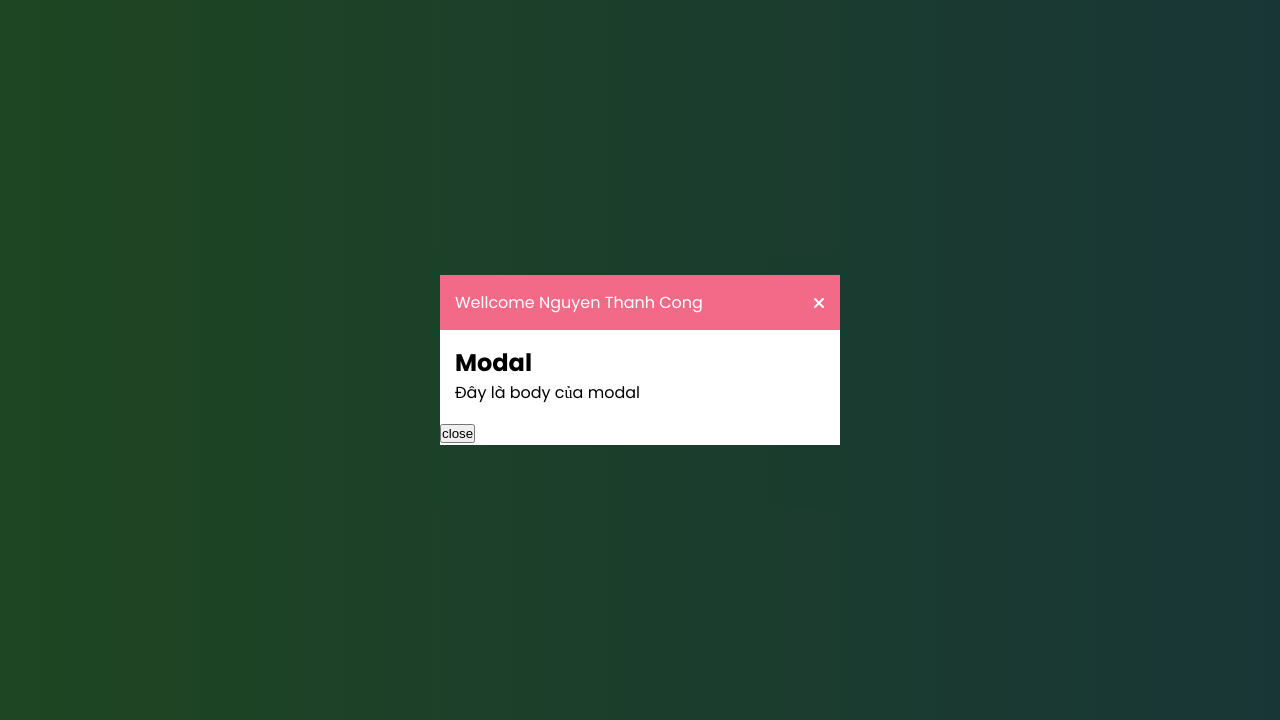
Repository: congnt98/Lean-javascript-in-project
Page: 30Days/3_Modal/index.html
An editor plug-in stored every save of this project. The page is shown before and after a run of saves, followed by the edit.
The browser window is 1280 px wide. The pictures show the whole page.

Above is the page before, as saved 2024-02-18 20:21:48.

After the next 6 saves:
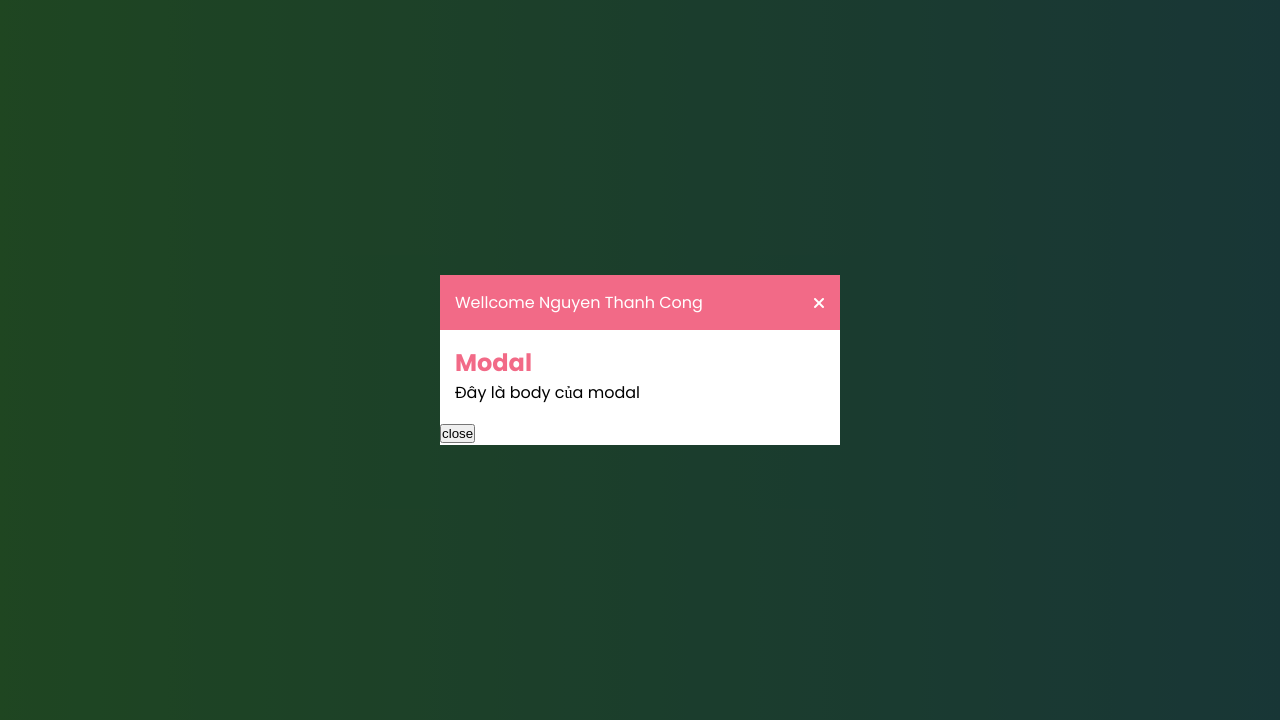
The 6 saves are shown as one change because they came seconds apart.
The last was saved 14 s later.
--- a/30Days/3_Modal/style.css
+++ b/30Days/3_Modal/style.css
@@ -70,4 +70,8 @@ body {
     padding: 15px;
 }
 
+.modal__body h2 {
+    color: var(--pink-color);
+}
+
 .modal__footer {}
